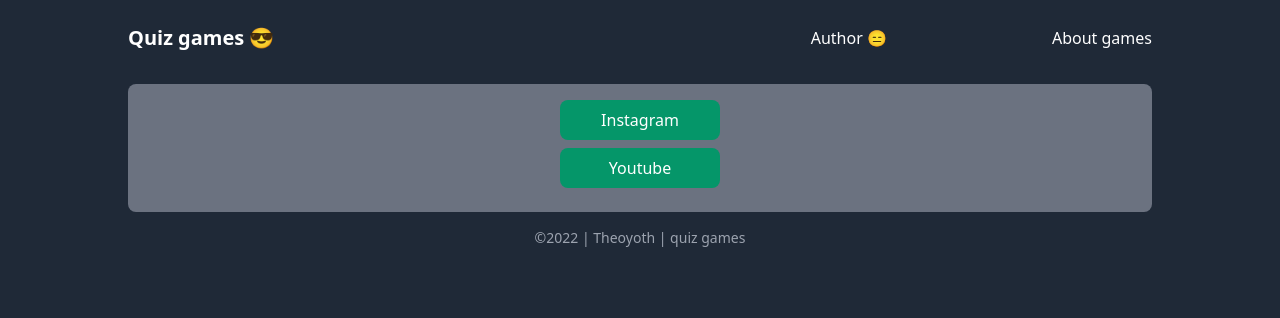
Repository: theoyoth/quiz-game
Page: /author
An editor plug-in stored every save of this project. The page is shown before and after the next save, followed by the edit.
The browser window is 1280 px wide. The pictures show the whole page.
The project was rebuilt for these pictures with package versions that can differ from the ones it lists, and the page was loaded fresh each time. The framework's server and built-in components were replaced by stand-ins that run in the browser. Also part of the build but not shown: nuxt.config.js, components/EndPage.vue, components/Loading.vue, layouts/404.vue, layouts/error.vue, layouts/errorLayout.vue.

Above is the page before, as saved 2022-06-16 20:13:36.

After the next save:
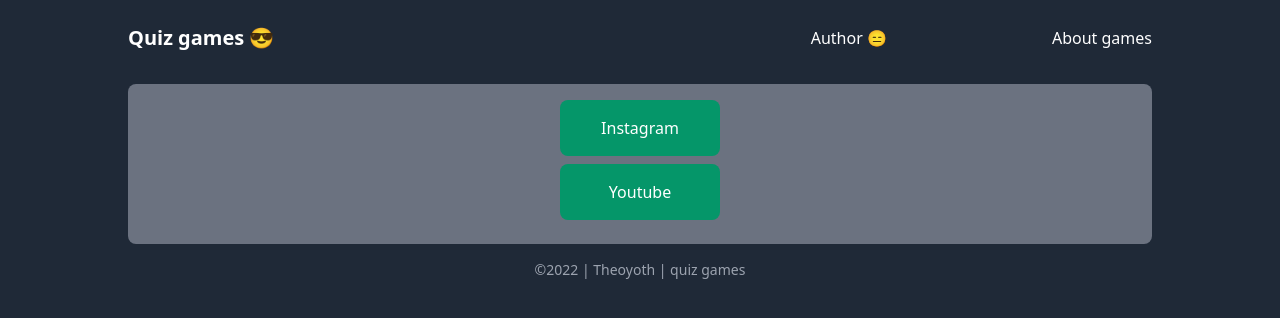
Saved 40 s later.
--- a/pages/author.vue
+++ b/pages/author.vue
@@ -1,13 +1,13 @@
 <template>
   <div>
     <div class="bg-gray-500 rounded-lg py-4 flex flex-col items-center justify-around mt-8">
-      <a href="https://www.instagram.com/theoyoth/" target="_blank" class="bg-green-600 py-2 w-40 rounded-lg text-center mb-2">
+      <a href="https://www.instagram.com/theoyoth/" target="_blank" class="bg-green-600 py-4 w-40 rounded-lg text-center mb-2 hover:bg-green-500">
         <button>Instagram</button>
       </a>
       <!-- <a href="/game" target="_blank" class="bg-green-600 py-2 px-4 rounded-lg text-center">
         <button>Facebook</button>
       </a> -->
-      <a href="/game" target="_blank" class="bg-green-600 py-2 w-40 rounded-lg text-center mb-2">
+      <a href="/game" target="_blank" class="bg-green-600 py-4 w-40 rounded-lg text-center mb-2 hover:bg-green-500">
         <button>Youtube</button>
       </a>
     </div>
